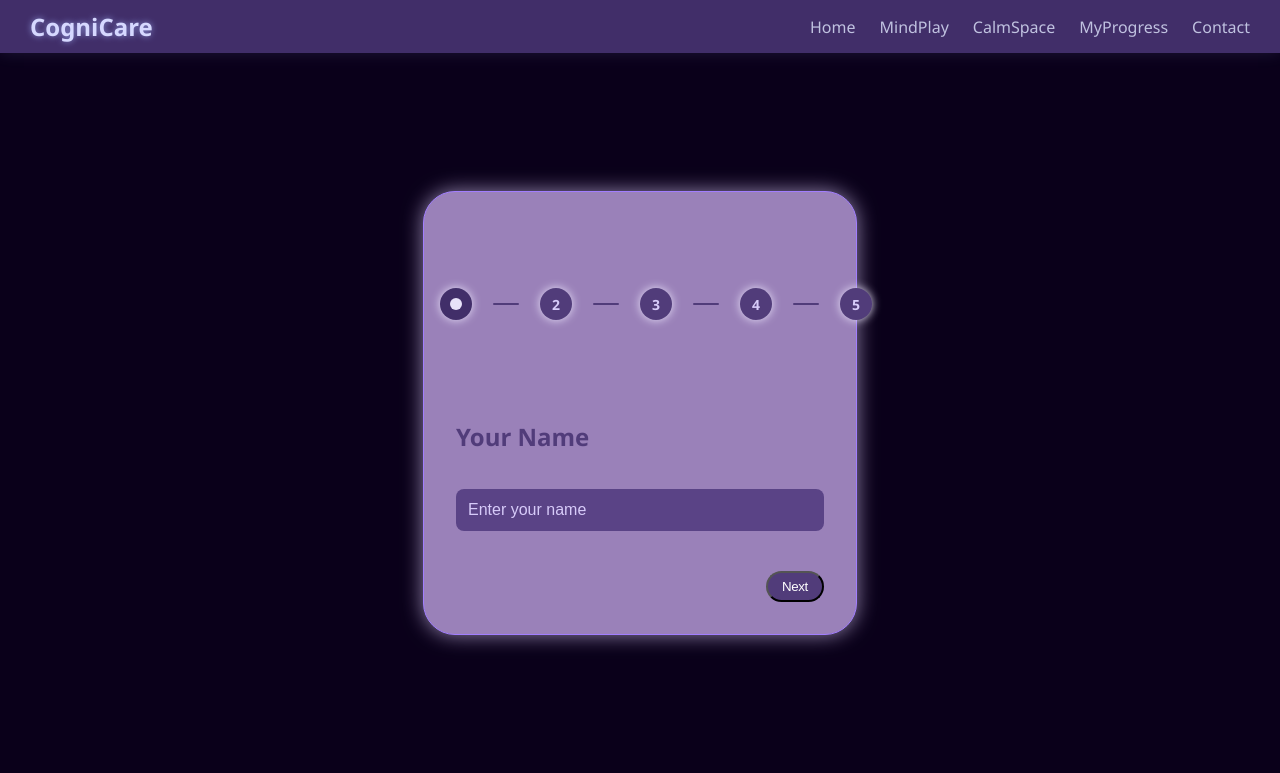
Repository: rujularaut/CogniCare
Page: /signup
An editor plug-in stored every save of this project. The page is shown before and after the next save, followed by the edit.
The browser window is 1280 px wide. The pictures show the whole page.
The project was rebuilt for these pictures with package versions that can differ from the ones it lists, and the page was loaded fresh each time. Also part of the build but not shown: src/components/Welcome.css, src/components/Welcome.js, src/components/Particles.css, src/components/Particles.js, src/components/Meditation.css, src/components/Meditation.js, src/components/Signup.css, src/components/Signup.js and 2 more.

Above is the page before, as saved 2025-06-24 15:37:18.

After the next save:
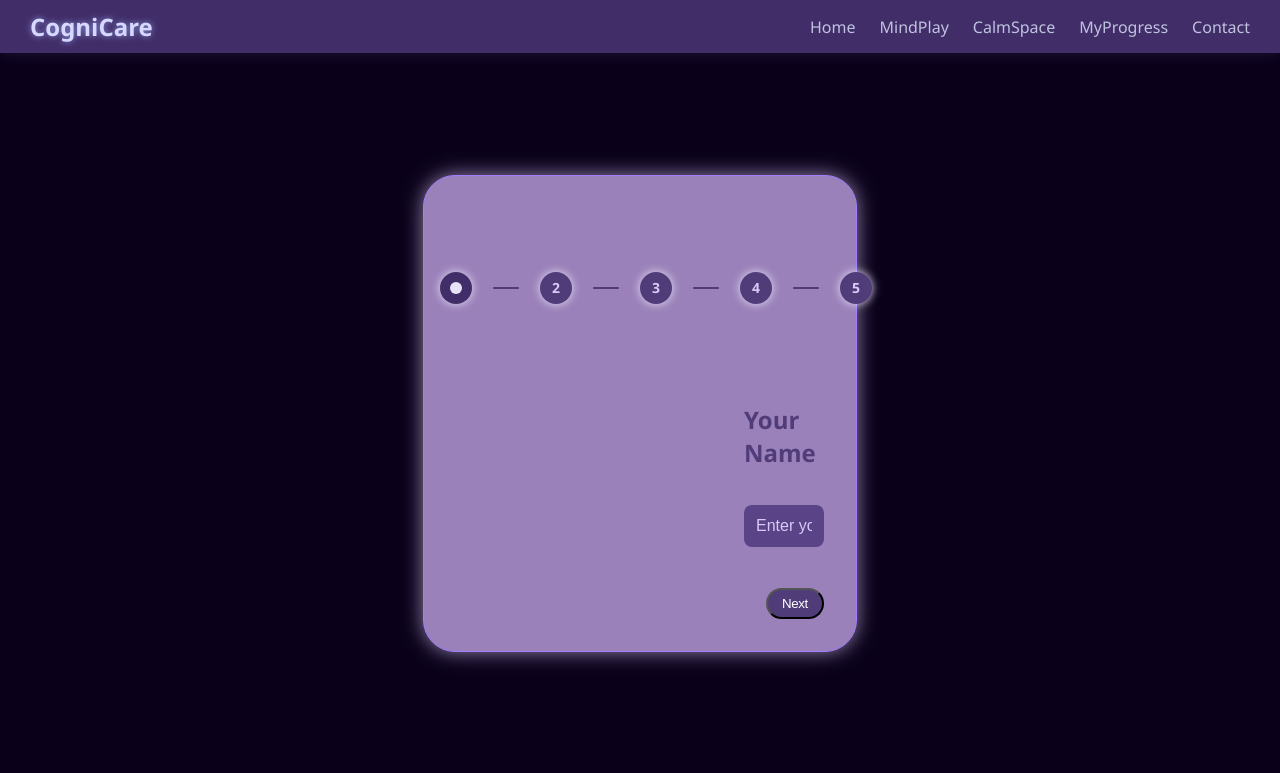
Saved 8 s later.
--- a/src/components/Stepper.css
+++ b/src/components/Stepper.css
@@ -49,7 +49,7 @@
 }
 
 .step-default {
-  padding-left: 2rem;
+  padding-left: 20rem;
   padding-right: 3.5rem;
 }
 

After the save that followed:
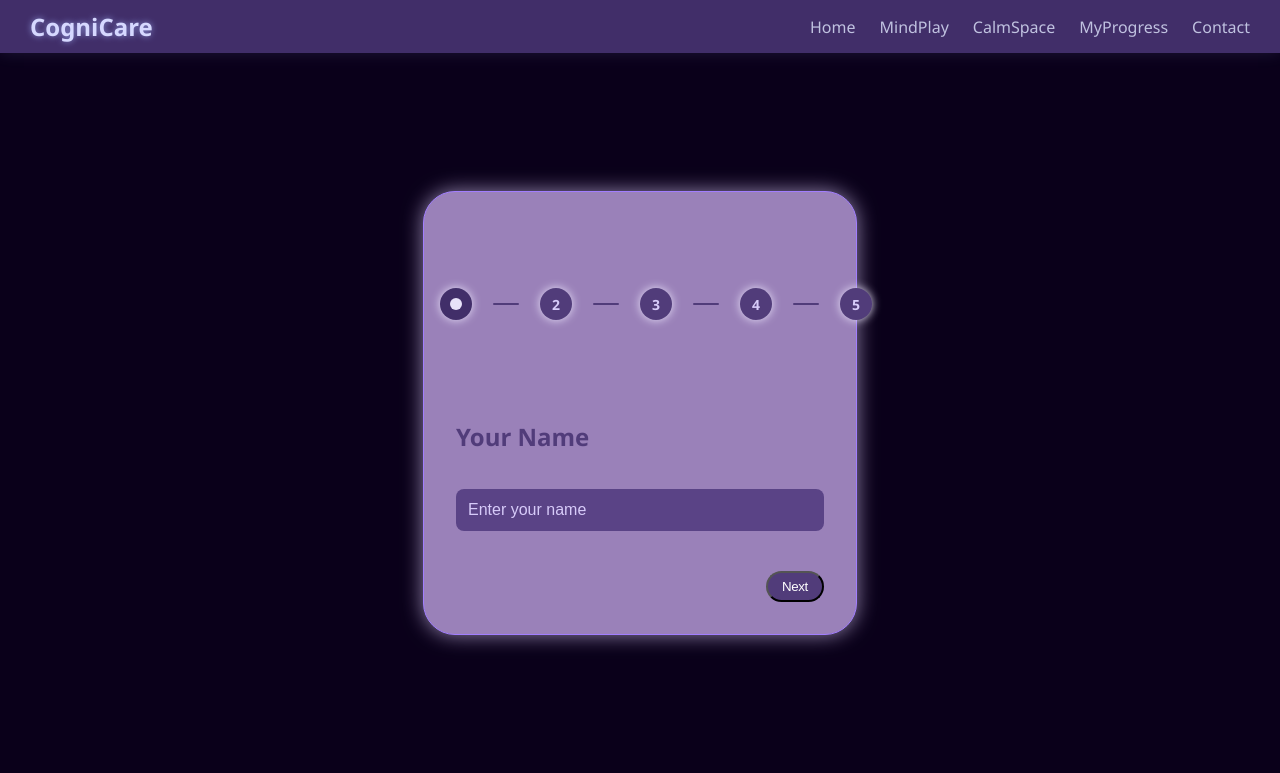
Saved 4 s later.
--- a/src/components/Stepper.css
+++ b/src/components/Stepper.css
@@ -49,7 +49,7 @@
 }
 
 .step-default {
-  padding-left: 20rem;
+  padding-left: 2rem;
   padding-right: 3.5rem;
 }
 
